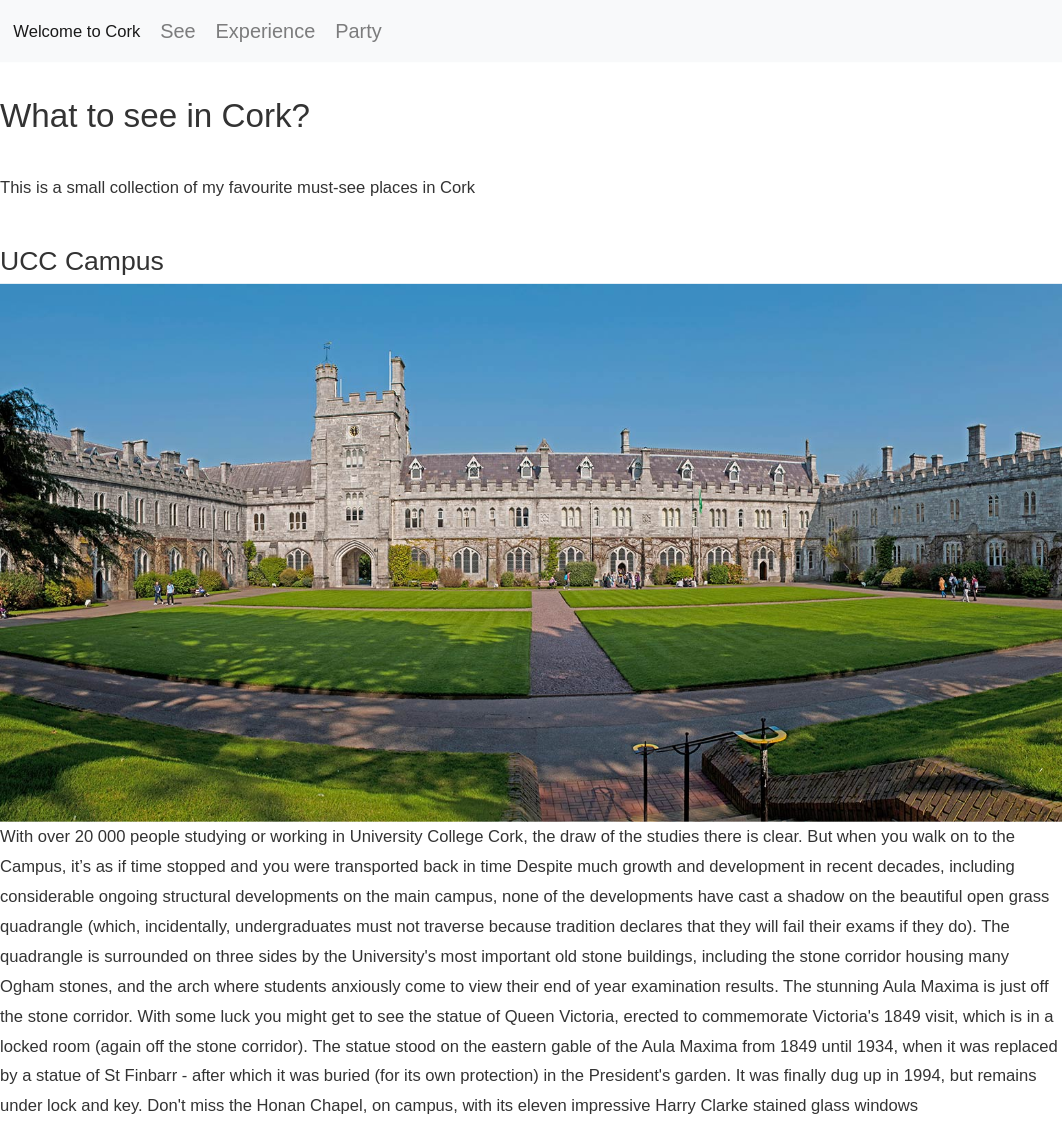
Repository: Maja-Jer/Welcome-to-Cork
Page: see.html
The author's editor kept a record of every edit. The page is drawn from the files as they stood at one moment, then again after the next edit.
The browser window is 1280 px wide. The pictures show the whole page, at 83% of full size.
Some web libraries are served in a nearby version.

Above is the page before.

### see.html
<!DOCTYPE html>
<html lang="en">

<head>
    <meta charset="UTF-8">
    <meta name="viewport" content="width=device-width, initial-scale=1.0">
    <meta http-equiv="X-UA-Compatible" content="ie=edge">
    <link rel="stylesheet" href="https://maxcdn.bootstrapcdn.com/bootstrap/4.1.3/css/bootstrap.min.css">
    <link rel="stylesheet" href="https://use.fontawesome.com/releases/v5.6.1/css/all.css" integrity="sha384-gfdkjb5BdAXd+lj+gudLWI+BXq4IuLW5IT+brZEZsLFm++aCMlF1V92rMkPaX4PP" crossorigin="anonymous">
    <link href="https://fonts.googleapis.com/css?family=Roboto:400,700" rel="stylesheet">
    <link rel="stylesheet" href="assets/style.css" type="text/css" />
    <title>Welcome to Cork, the REAL capital of Ireland</title>
</head>

<body>

    <!---------------Navgation-------->
    <nav class="navbar navbar-light bg-light navbar-expand-sm">
        <a href="/" class="navbar-brand">Welcome to Cork</a>

        <!---------------Dropdown menu-------->
        <button class="navbar-toggler ml-auto" type="button" data-toggle="collapse" data-target="#navbarNavDropdown" aria-controls="navbarNavDropdown" aria-expanded="false" aria-label="Toggle navigation">
        <span class="navbar-toggler-icon"></span></button>

        <div class="collapse navbar-collapse" id="navbarNavDropdown">
            <ul class="navbar-nav mr-auto">
                <li class="nav-item mr-2"><a class="nav-link" href="#see">See</a></li>
                <li class="nav-item mr-2"><a class="nav-link" href="#experience">Experience</a></li>
                <li class="nav-item mr-2"><a class="nav-link" href="#party">Party</a></li>

            </ul>
        </div>

    </nav>

    <!--------------- Article -------->
    <div class="article">
        <h1>What to see in Cork?</h1>
        <br>
        <p>This is a small collection of my favourite must-see places in Cork</p>
        <br>
        <div class="ucc-campus">
            <h2>UCC Campus</h2>
        </div>
    </div>


    <div class="container-ucc">
         <div class="container-ucc-campus">
            <img class= "img-fluid" src="assets/photos/ucc-campus.jpg" alt="UCC Campus">
        </div>

            <div class= "site-description">
                <p>With over 20 000 people studying or working in University College Cork, the draw of the studies there is clear. But when you walk on to the Campus, it’s as if time stopped and you were transported back in time Despite much growth and development
            in recent decades, including considerable ongoing structural developments on the main campus, none of the developments have cast a shadow on the beautiful open grass quadrangle (which, incidentally, undergraduates must not traverse because
            tradition declares that they will fail their exams if they do). The quadrangle is surrounded on three sides by the University's most important old stone buildings, including the stone corridor housing many Ogham stones, and the arch where
            students anxiously come to view their end of year examination results. The stunning Aula Maxima is just off the stone corridor. With some luck you might get to see the statue of Queen Victoria, erected to commemorate Victoria's 1849 visit,
            which is in a locked room (again off the stone corridor). The statue stood on the eastern gable of the Aula Maxima from 1849 until 1934, when it was replaced by a statue of St Finbarr - after which it was buried (for its own protection) in
            the President's garden. It was finally dug up in 1994, but remains under lock and key. Don't miss the Honan Chapel, on campus, with its eleven impressive Harry Clarke stained glass windows

                </p>
            </div>
    </div>



    <script src="https://code.jquery.com/jquery-3.3.1.slim.min.js " integrity="sha384-q8i/X+965DzO0rT7abK41JStQIAqVgRVzpbzo5smXKp4YfRvH+8abtTE1Pi6jizo " crossorigin="anonymous "></script>
    <script src="https://cdnjs.cloudflare.com/ajax/libs/popper.js/1.14.7/umd/popper.min.js " integrity="sha384-UO2eT0CpHqdSJQ6hJty5KVphtPhzWj9WO1clHTMGa3JDZwrnQq4sF86dIHNDz0W1 " crossorigin="anonymous "></script>
    <script src="https://stackpath.bootstrapcdn.com/bootstrap/4.3.1/js/bootstrap.min.js " integrity="sha384-JjSmVgyd0p3pXB1rRibZUAYoIIy6OrQ6VrjIEaFf/nJGzIxFDsf4x0xIM+B07jRM " crossorigin="anonymous "></script>
</body>

</html>

### assets/style.css
/*----------------------- header*/

head {
  font-family: 'Roboto', sans-serif;
}

body {
  font: 20px Montserrat, sans-serif;
  line-height: 1.8;
  color: #333;


}

/*----------------------navigation bar*/

ul {
  list-style-type: none;
  margin: 0;
  padding: 0;
  overflow: hidden;
  font-weight: normal;
  font-size: 24px;
}

li {
  float: left;
}

navbar-brand {
  color: black;
}

li a {
  display: block;
  color: white;
  text-align: center;
  padding: 14px 16px;
  text-decoration: none;

}

li a:hover {
  background-color: #9FA8DA;
  color: white;
  text-decoration: none;
  font-weight: bold;
}

/*---------------------end of navigation bar*/

.main-container {


}
.container-main-photo {
  max-height: 300px
  max-width: 80%;

}

/* ---------------------------------- Article*/
.article {
  position: relative;
  vertical-align: top;
  background-color: #fff
  margin-bottom: 1em;
  max-width: 830px;
  padding: 2em 0 0 0;
  text-align: left;

.site-photo {
  position: relative;
  text-align: center;
  margin-bottom: 1.6em;
}

.site-description {
  margin: 2em 5% 2em 5%;
  font-size: 1.1em;
  line-height: 1.7;
  color: #333;
}


/* ---------------------------------- Container*/


#container-about-cork {
  font-size: 16px;
  margin: 25px 50px 75px;


}
@media screen and (min-width: 600px) {
#container-about-cork {
  font-size: 18px;
  margin: 25px 20px 75px 20px;
  }
}
@media screen and (max-width: 600px) {
#container-about-cork {
  font-size: 14px;
  margin: 25px 10px 75px 20px;
  }
}

.container-main-photo {
  max-height: 730px;
  max-width: 1160px;
  padding: 30px;
}






/*---------------------footer*/

.p-3 {
    padding: 1rem!important;
}

.mt-5, .my-5 {
    margin-top: 3rem!important;

}

.bg-secondary {
    background-color: #6c757d!important;
}

.container-fluid {
  width: 100%;
  padding-right: 15px;
  padding-left: 15px;
  margin-right: auto;
  margin-left: auto;
}

.text-white {
    color: #fff!important;
    text-align: center;
}

After the next edit:
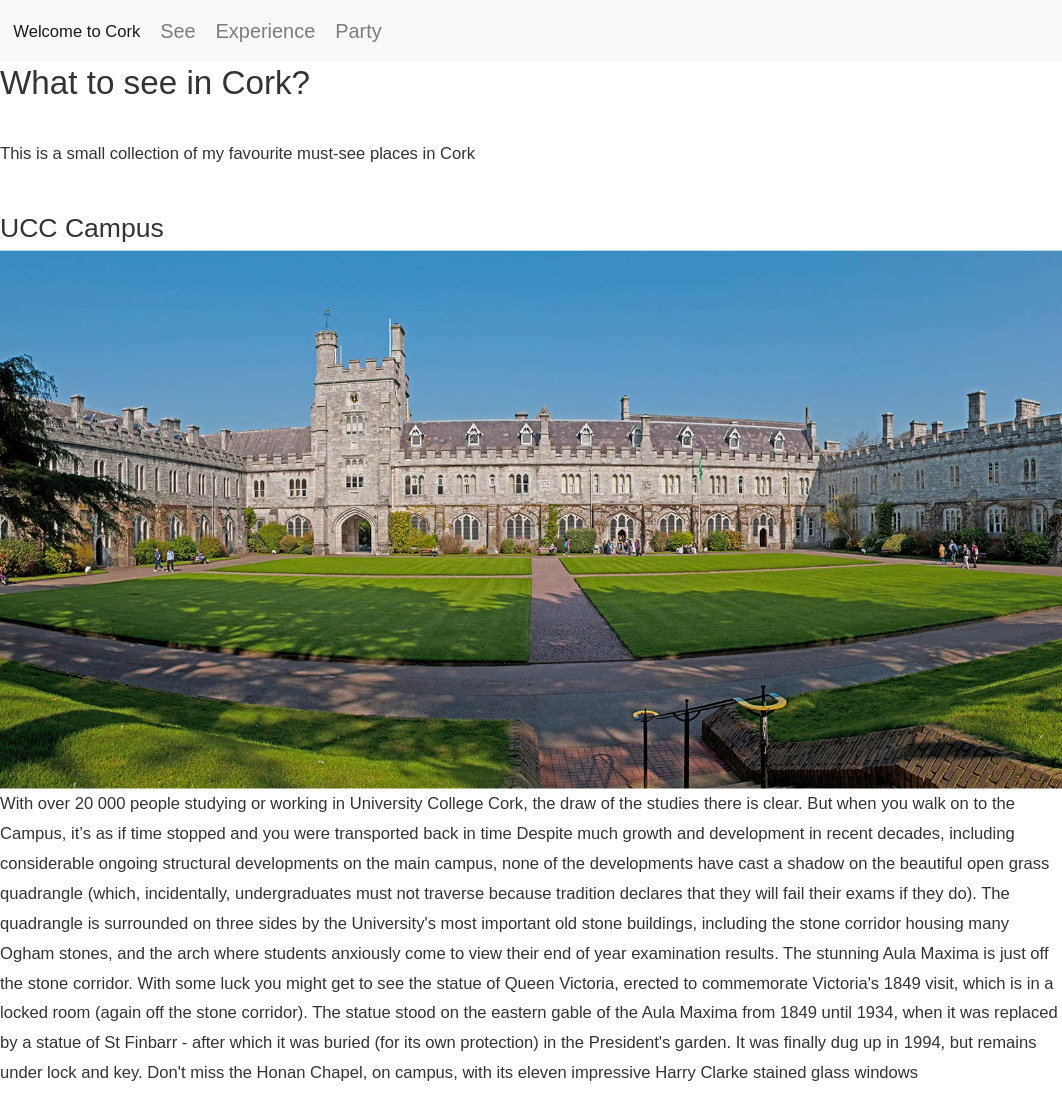
The edit:
--- a/see.html
+++ b/see.html
@@ -34,7 +34,7 @@
     </nav>
 
     <!--------------- Article -------->
-    <div class="article">
+    <div class="article-see">
         <h1>What to see in Cork?</h1>
         <br>
         <p>This is a small collection of my favourite must-see places in Cork</p>
